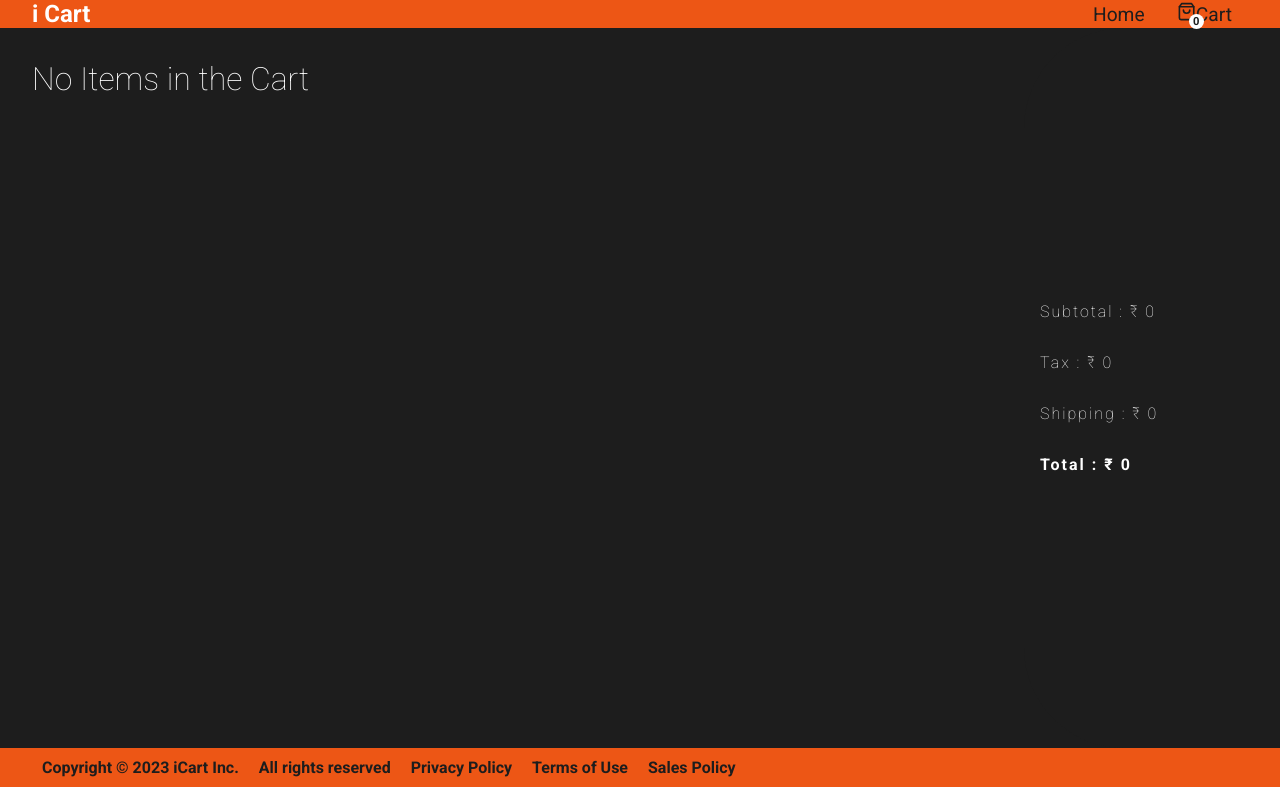
Repository: suraj-yadav7/eCommerce-Cart-React
Page: /cart
An editor plug-in stored every save of this project. The page is shown before and after the next save, followed by the edit.
The browser window is 1280 px wide. The pictures show the whole page.
The project was rebuilt for these pictures with package versions that can differ from the ones it lists, and the page was loaded fresh each time. Also part of the build but not shown: src/Components/Home.jsx.

Above is the page before, as saved 2023-03-31 11:00:14.

After the next save:
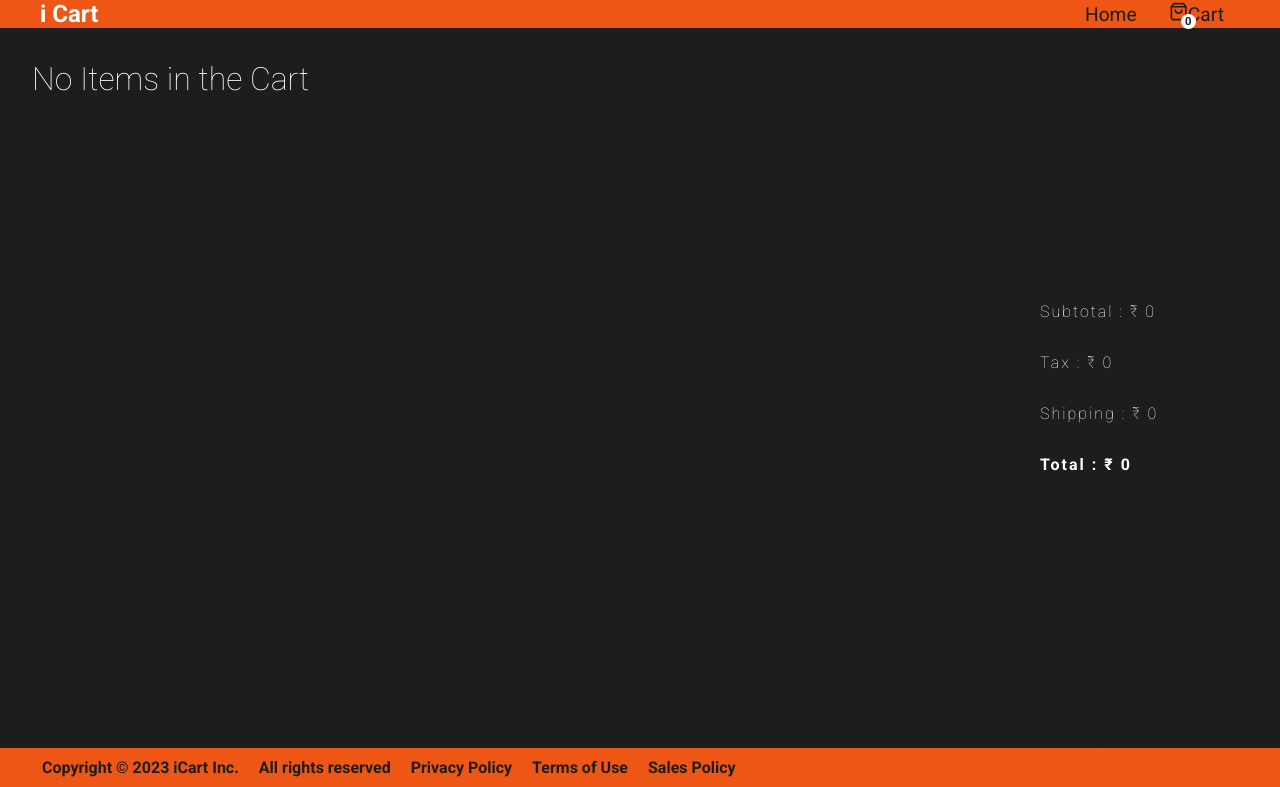
Saved 11 s later.
--- a/src/styles/header.scss
+++ b/src/styles/header.scss
@@ -4,7 +4,7 @@
     background-color: $secondary;
     display: flex;
     justify-content: space-between;
-    padding: 0 2rem;
+    padding: 0 2.5rem;
 
     >h2{
         cursor: pointer;
